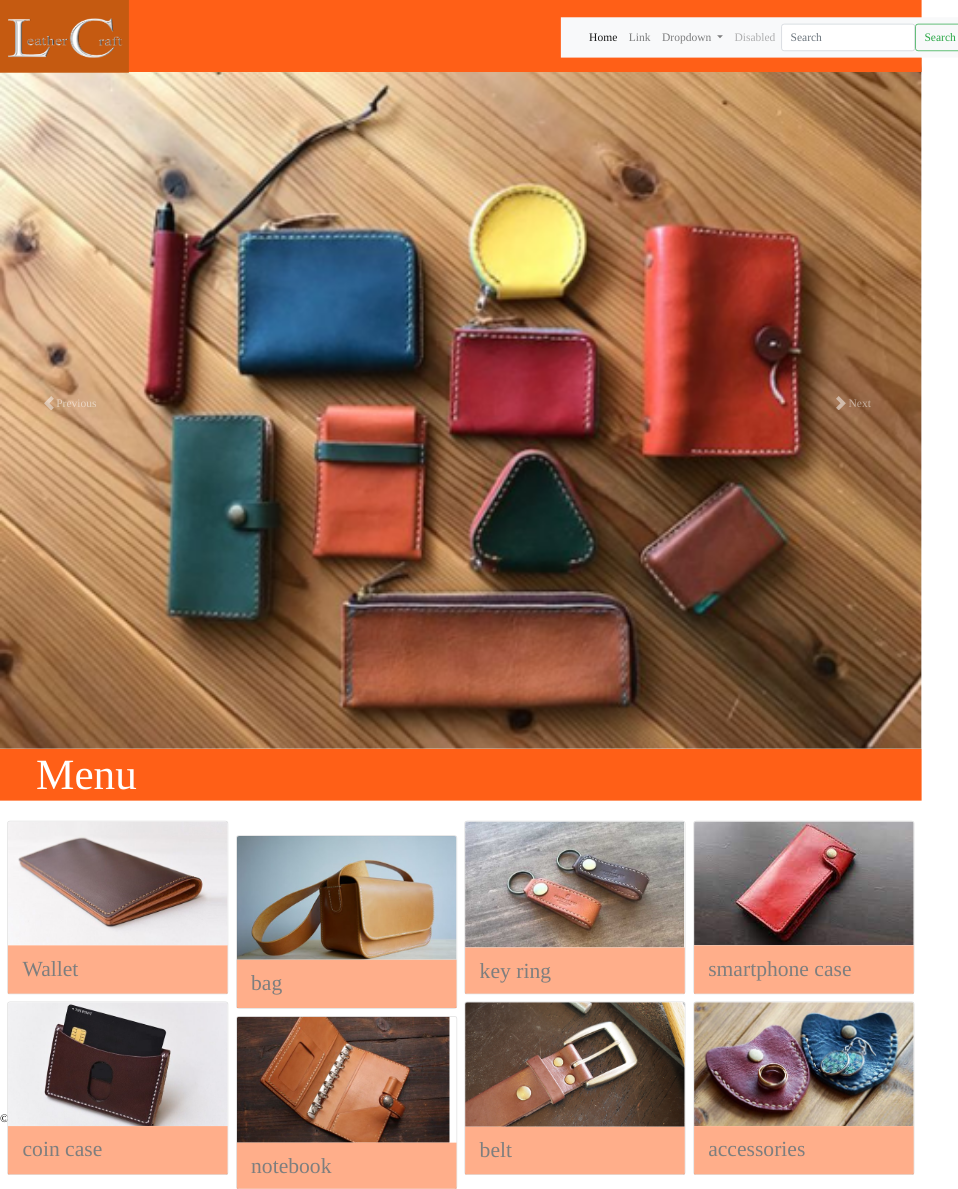
Repository: Ossan-gon/leatercraft
Page: index/indexx.html
The author's editor kept a record of every edit. The page is drawn from the files as they stood at one moment, then again after the next edit.
The browser window is 1280 px wide. The page is 1330 px wide, so the pictures cover 1330 px, including what lies to the right of the window. The pictures show the whole page, at 72% of full size.
Some web libraries are served in a nearby version.

Above is the page before.

### index/indexx.html
<!DOCTYPE html>
<html lang="ja">
<head>
    <meta charset="UTF-8">
    <meta name="viewport" content="width=device-width, initial-scale=1.0">
    <meta http-equiv="X-UA-Compatible" content="ie=edge">
    <title>leathercraft</title>
    <link rel="stylesheet" href="https://stackpath.bootstrapcdn.com/bootstrap/4.2.1/css/bootstrap.min.css" integrity="sha384-GJzZqFGwb1QTTN6wy59ffF1BuGJpLSa9DkKMp0DgiMDm4iYMj70gZWKYbI706tWS" crossorigin="anonymous">
    <link rel="stylesheet" href="./../stylesheet/style.css">
</head>
<body>
    <header id="h_r">
        <img class="h_l" src="./../images/logo.png"></img>  <nav class="h_n" class="navbar navbar-expand-lg navbar-light bg-light">
  　     <nav class="navbar navbar-expand-lg navbar-light bg-light">
           <div class="container-fluid">
            <button class="navbar-toggler" type="button" data-bs-toggle="collapse" data-bs-target="#navbarSupportedContent" aria-controls="navbarSupportedContent" aria-expanded="false" aria-label="Toggle navigation">
              <span class="navbar-toggler-icon"></span>
            </button>
           <div class="collapse navbar-collapse" id="navbarSupportedContent">
           <ul class="navbar-nav me-auto mb-2 mb-lg-0">
            <li class="nav-item">
             <a class="nav-link active" aria-current="page" href="#">Home</a>
            </li>
            <li class="nav-item">
             <a class="nav-link" href="#">Link</a>
            </li>
            <li class="nav-item dropdown">
              <a class="nav-link dropdown-toggle" href="#" id="navbarDropdown" role="button" data-bs-toggle="dropdown" aria-expanded="false">
              Dropdown
              </a>
             <ul class="dropdown-menu" aria-labelledby="navbarDropdown">
               <li><a class="dropdown-item" href="#">Action</a></li>
               <li><a class="dropdown-item" href="#">Another action</a></li>
               <li><hr class="dropdown-divider"></li>
               <li><a class="dropdown-item" href="#">Something else here</a></li>
            </ul>
            </li>
            <li class="nav-item">
             <a class="nav-link disabled" href="#" tabindex="-1" aria-disabled="true">Disabled</a>
            </li>
           </ul>
           <form class="d-flex">
            <input class="form-control me-2" type="search" placeholder="Search" aria-label="Search">
            <button class="btn btn-outline-success" type="submit">Search</button>
           </form>
          </div>
          </div>
        </nav>
    </header>
    <div id="carouselExampleFade" class="carousel slide carousel-fade" class="slide" data-bs-ride="carousel">
         <div class="carousel-inner">
            <div class="carousel-item active">
              <img src="./../images/leather_1.png" class="d-block w-100" alt="leather1">
            </div>
            <div class="carousel-item">
              <img src="./../images/leather_2.png" class="d-block w-100" alt="leather2">
            </div>
            <div class="carousel-item">
              <img src="./../images/leather_3.png" class="d-block w-100" alt="leather3">
            </div>
         </div>
            <a class="carousel-control-prev" href="#carouselExampleFade" role="button" data-bs-slide="prev">
            <span class="carousel-control-prev-icon" aria-hidden="true"></span>
            <span class="visually-hidden">Previous</span>
            </a>
            <a class="carousel-control-next" href="#carouselExampleFade" role="button" data-bs-slide="next">
            <span class="carousel-control-next-icon" aria-hidden="true"></span>
            <span class="visually-hidden">Next</span>
            </a>
    </div>
    <section id="menu">
        <div class="m_h">
            <h1>Menu</h1>
        </div>
        <div id="card_set">
            <div class="card" style="width: 18rem;">
              <img src="./../images/wallet.png" class="card-img-top" alt="wallet">
              <div class="card-body">
                <p class="card-text">Wallet</p>
              </div>
            </div>
            <div class="card" style="width: 18rem;">
              <img src="./../images/bag.png" class="card-img-top" alt="bag">
              <div class="card-body">
                <p class="card-text">bag</p>
              </div>
            </div>
            <div class="card" style="width: 18rem;">
              <img src="./../images/keyring.png" class="card-img-top" alt="key_ring">
              <div class="card-body">
                <p class="card-text">key ring</p>
              </div>
            </div>
            <div class="card" style="width: 18rem;">
              <img src="./../images/smartphonecase.png" class="card-img-top" alt="smartphone_case">
              <div class="card-body">
                <p class="card-text">smartphone case</p>
              </div>
            </div>
            <div class="card" style="width: 18rem;">
              <img src="./../images/coincase.png" class="card-img-top" alt="coin_case">
              <div class="card-body">
                <p class="card-text">coin case</p>
              </div>
            </div>
            <div class="card" style="width: 18rem;">
              <img src="./../images/notebook.png" class="card-img-top" alt="notebook">
              <div class="card-body">
                <p class="card-text">notebook</p>
              </div>
            </div>
            <div class="card" style="width: 18rem;">
              <img src="./../images/belt.png" class="card-img-top" alt="belt">
              <div class="card-body">
                <p class="card-text">belt</p>
              </div>
            </div>
            <div class="card" style="width: 18rem;">
              <img src="./../images/accessories.png" class="card-img-top" alt="accessories">
              <div class="card-body">
                <p class="card-text">accessories</p>
              </div>
            </div>
        </div>
    </section>
    <footer id="footer">
        <p>&copy; LeatherCraft</p>
    </footer>
    <script src="https://cdn.jsdelivr.net/npm/@popperjs/core@2.5.4/dist/umd/popper.min.js" integrity="sha384-q2kxQ16AaE6UbzuKqyBE9/u/KzioAlnx2maXQHiDX9d4/zp8Ok3f+M7DPm+Ib6IU" crossorigin="anonymous"></script>
    <script src="https://cdn.jsdelivr.net/npm/bootstrap@5.0.0-beta1/dist/js/bootstrap.min.js" integrity="sha384-pQQkAEnwaBkjpqZ8RU1fF1AKtTcHJwFl3pblpTlHXybJjHpMYo79HY3hIi4NKxyj" crossorigin="anonymous"></script>
    <script src="./../script/script.js"></script>
</body>
</html>

### stylesheet/style.css
@charset "UTF-8";

/*----------------------html------------------------------*/
html {
    /*==============スクロールの記述=========================*/
    scroll-behavior  : smooth;
}

/*----------------------body------------------------------*/
body {
    margin           : 0;
    padding          : 0;
    font-family      : "Times","helvetica neue", "YuGothic", "ヒラギノ角ゴ pron w3", "Hiragino Kaku Gothic ProN", "Arial", "メイリオ", "Meiryo", "sans-serif";
    font-size        : 1rem;
    line-height      : 150%;
    color            : #000;
    background       : #fff;
}

#h_r {
    position         : fixed;
    background-color : #ff5f17;
    height           : 100px;
    width            : 100%;
    z-index          : 500;
    display          : flex;
}

.h_l {
    width            : 14vw;
    height           : 14vh;
}

#h_r nav {
    position         : relative;
    left             : 300px;
}
/*-----------------------slide----------------------------*/
.slide {
    position         : relative;
    top              : 80px;
}

/*----------------------Menu-------------------------------*/
#menu {
    position         : relative;
    top              : 100px;
}

.m_h {
    background       : #ff5f17;
    position         : relative;
    top              : -20px;
}

.m_h  h1 {
    position         : relative;
    left             : 50px;
    color            : #fff;
    font-size        : 60px;
}
/*-----------------------------card----------------------*/
#card_set {
    display: flex;
    flex-wrap: wrap;
    justify-content: space-evenly;

}

.card {
    flex-basis       : 24%;
    margin-bottom    : 10px;
}

.card:nth-child(2), .card:nth-child(6) {
    top              : 20px;
}

.card-body {
    background       : #ff5f17;
    opacity          : 0.5;
}

.card-text {
    font-size        : 30px;
}

Loaded but not shown: script/script.js (no stored copy; drawn as an empty file)

After the next edit:
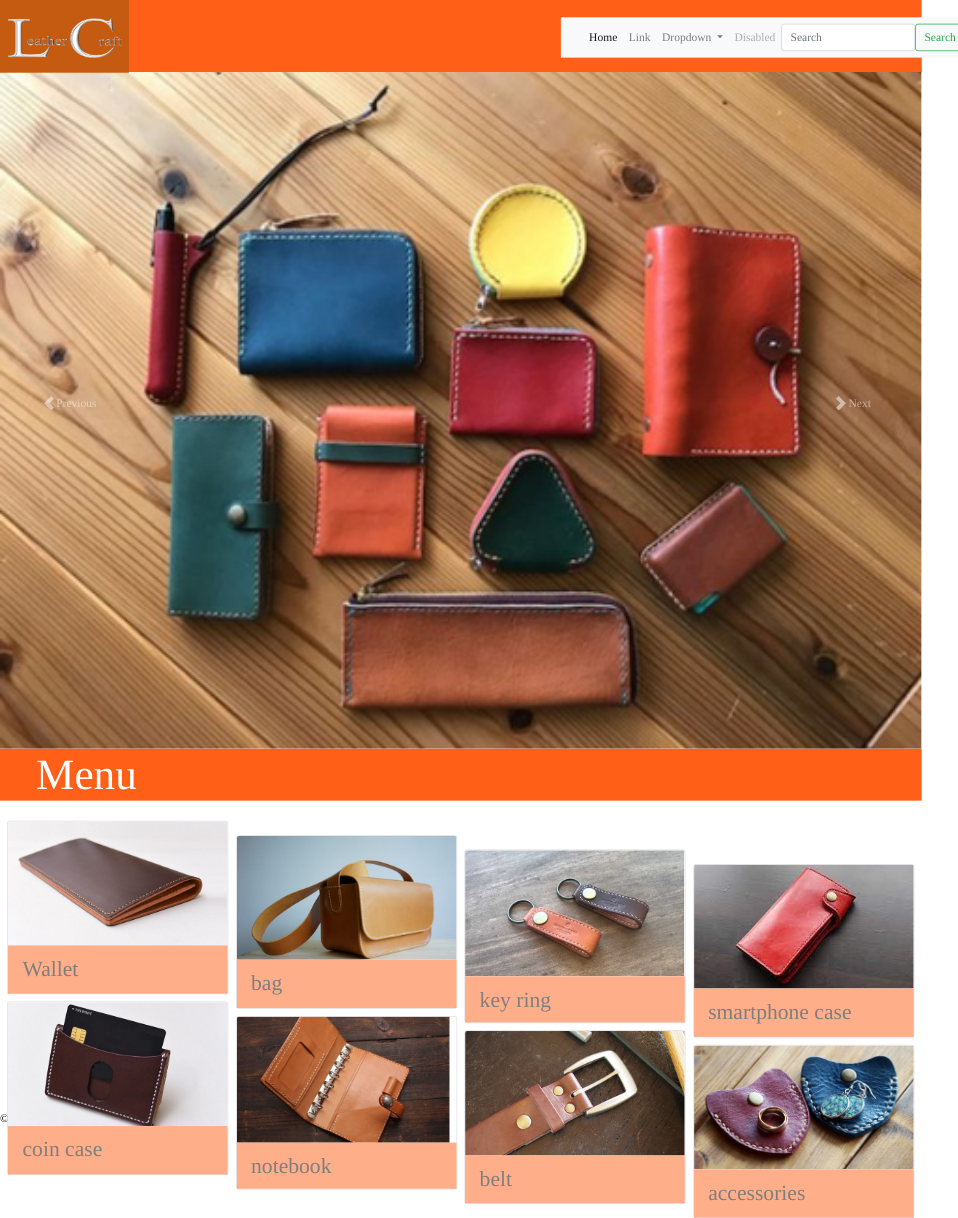
The edit:
--- a/stylesheet/style.css
+++ b/stylesheet/style.css
@@ -76,6 +76,14 @@
     top              : 20px;
 }
 
+.card:nth-child(3), .card:nth-child(7) {
+    top              : 40px;
+}
+
+.card:nth-child(4), .card:nth-child(8) {
+    top              : 60px;
+}
+
 .card-body {
     background       : #ff5f17;
     opacity          : 0.5;
